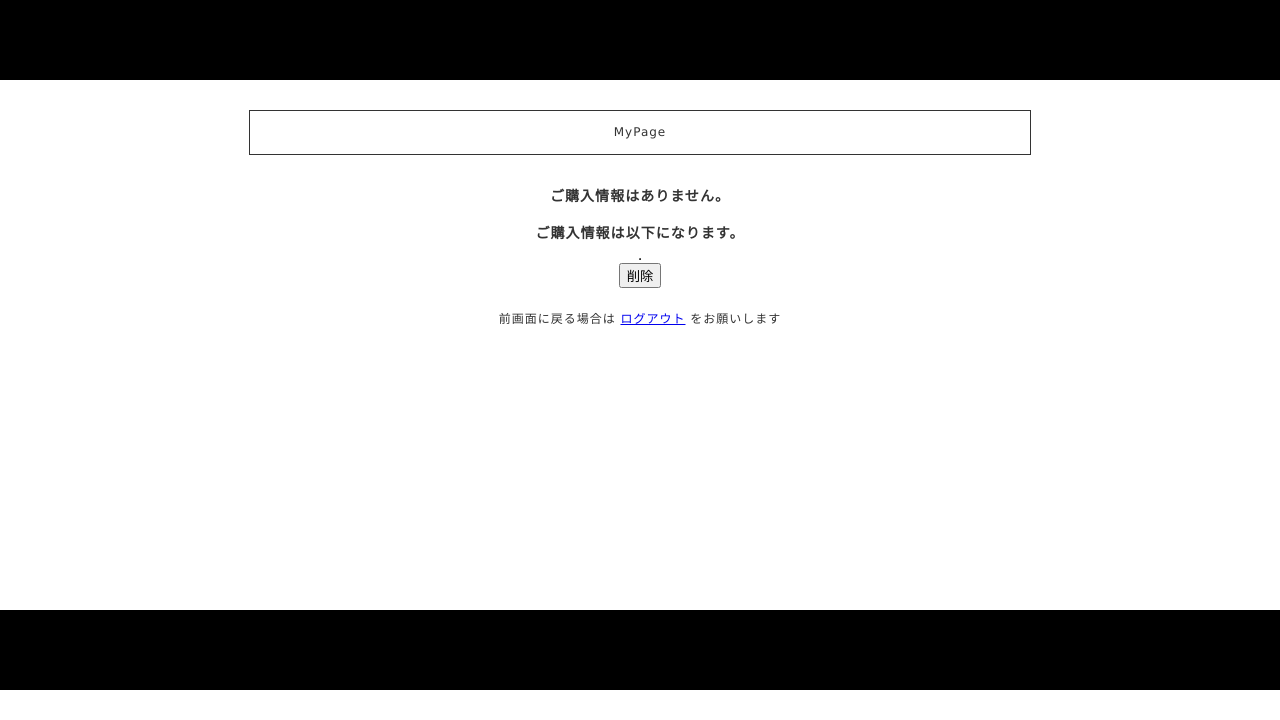
Repository: 3103senoomizho/test
Page: http://localhost/template/myPage.jsp
An editor plug-in stored every save of this project. The page is shown before and after the next save, followed by the edit.
The browser window is 1280 px wide. The pictures show the whole page.
The page is served by Tomcat 9.

Above is the page before, as saved 2018-03-20 04:42:16.

After the next save:
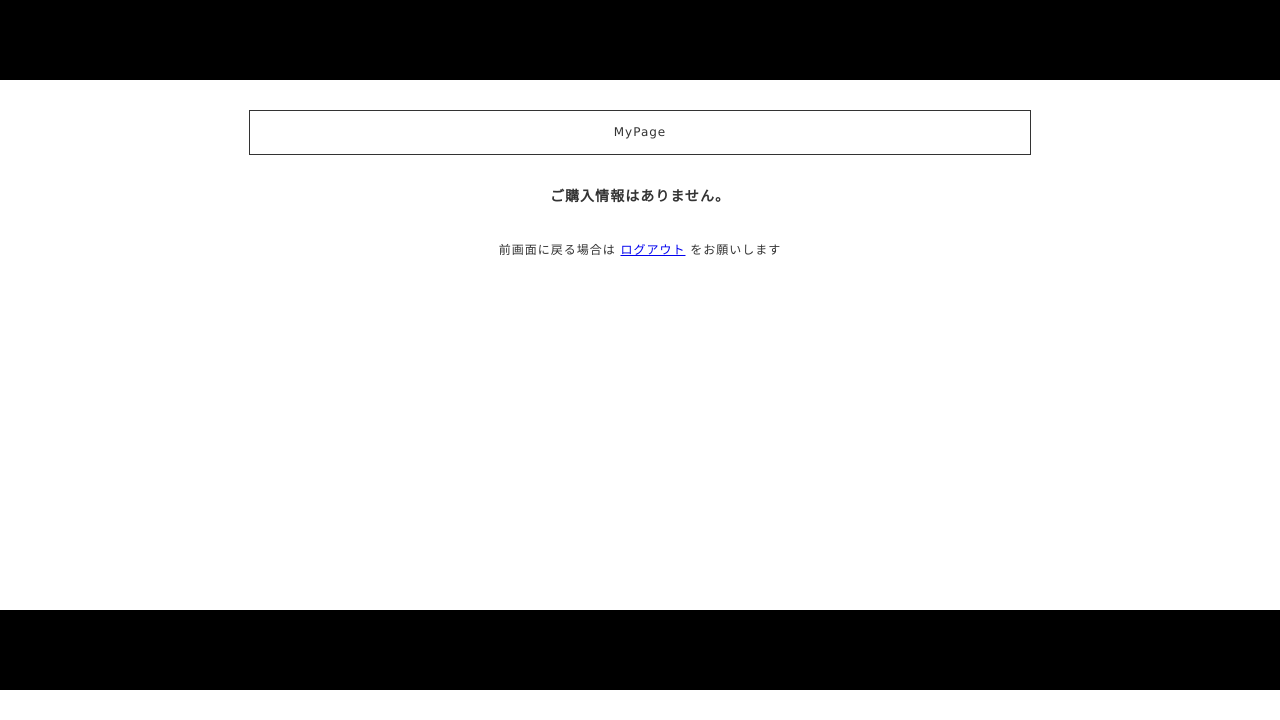
Saved 8 min 21 s later.
--- a/template/WebContent/myPage.jsp
+++ b/template/WebContent/myPage.jsp
@@ -68,38 +68,24 @@ table{
               <s:if test="myPageList ==null">
                          <h3>ご購入情報はありません。</h3>
               </s:if>
-              <s:if test="message ==null">
+              <s:elseif test="message ==null">
                          <h3>ご購入情報は以下になります。</h3>
                          <table border="1">
+                         <tr>
+                             <th>商品名</th>
+                             <th>値段</th>
+                             <th>購入個数</th>
+                             <th>支払い方法</th>
+                             <th>購入日</th>
+                         </tr>
+
                          <s:iterator value="myPageList">
                                <tr>
-                                   <td>商品名</td>
                                    <td><s:property value="Item_name"/></td>
-                               </tr>
-                               <tr>
-                                   <td>値段</td>
-                                   <td>
-                                          <s:property value="totalPrice"/>
-                                          <span>円</span>
-                                   </td>
-                               </tr>
-                               <tr>
-                                   <td>購入個数</td>
-                                   <td>
-                                          <s:property value="totalCount"/>
-                                          <span>個</span>
-                                  </td>
-                               </tr>
-                               <tr>
-                                   <td>支払い方法</td>
-                                   <td>
-                                          <s:property value="payment"/>
-                                   </td>
-                               </tr>
-                               <tr>
-                                   <td>
-                                          <s:property value="insert_date"/>
-                                   </td>
+                                   <td><s:property value="totalPrice"/><span>円</span></td>
+                                   <td><s:property value="totalCount"/><span>個</span></td>
+                                   <td><s:property value="payment"/></td>
+                                   <td><s:property value="insert_date"/></td>
                                </tr>
 
                           </s:iterator>
@@ -109,7 +95,7 @@ table{
                                   <input type="hidden"name="deleteFlg" value="1">
                                   <s:submit value="削除" method ="delete"/>
                           </s:form>
-              </s:if>
+              </s:elseif>
               <s:if test="session.message !=null">
                           <h3><s:property value = "session.message"/></h3>
               </s:if>
